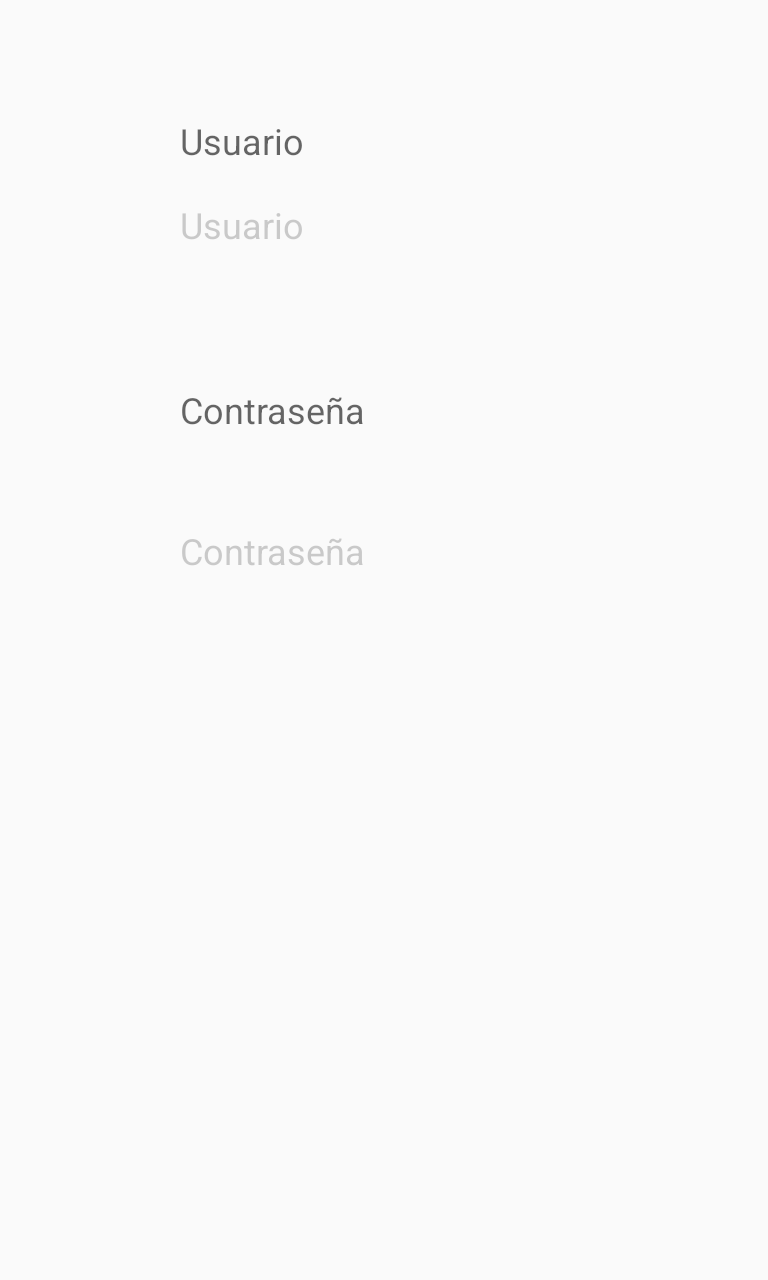
Repository: sempere-dani/pruebaGit
Layout: DobleVentanab/res/layout/activity_segunda.xml
These files come from the project's save history. The layout is drawn as it stood at one moment and after the next save; the edit follows.
It is drawn on a 768 x 1280 px phone screen (xhdpi) without system bars, with theme AppTheme; the app's code is not run.

Above is the layout before, as saved 2014-10-03 13:46:37.

After the next save:
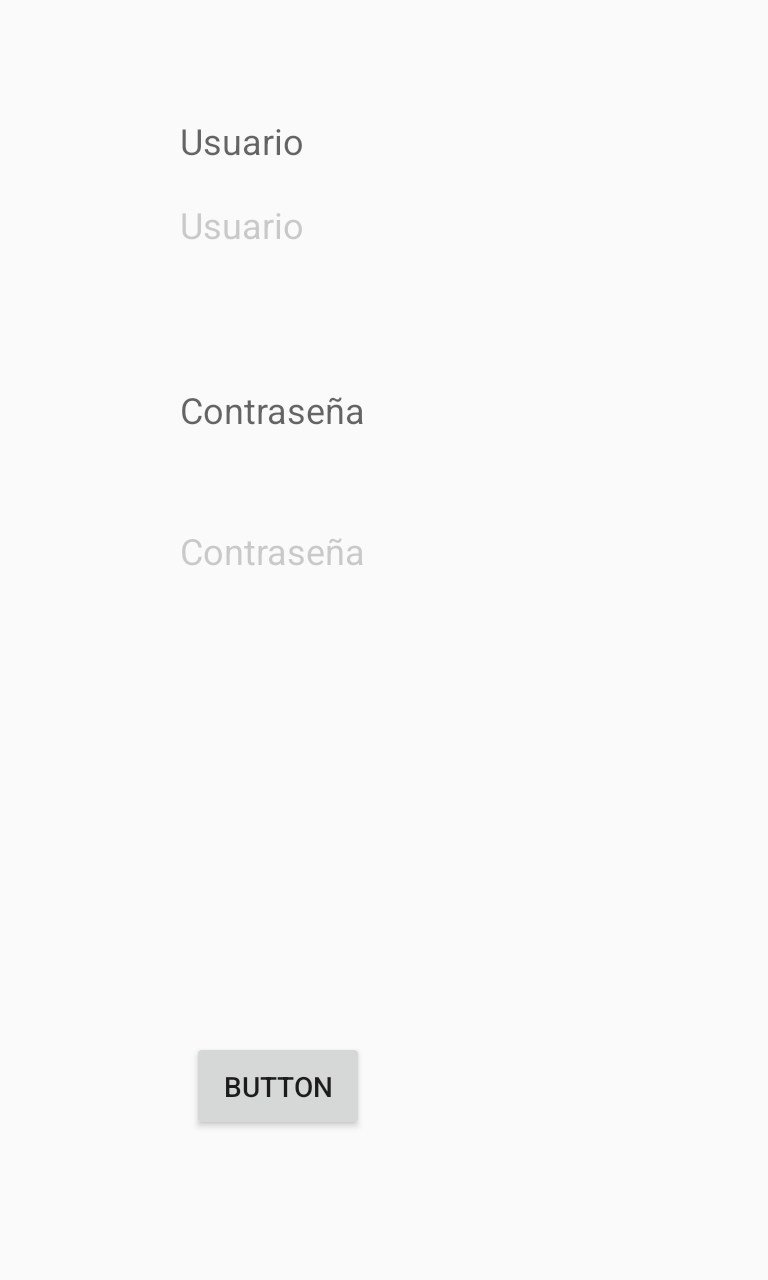
Saved 9 min 42 s later.
--- a/DobleVentanab/res/layout/activity_segunda.xml
+++ b/DobleVentanab/res/layout/activity_segunda.xml
@@ -51,4 +51,13 @@
         android:text="@string/Password"
         android:textAppearance="?android:attr/textAppearanceMedium" />
 
+    <Button
+        android:id="@+id/button1"
+        android:layout_width="wrap_content"
+        android:layout_height="wrap_content"
+        android:layout_alignParentBottom="true"
+        android:layout_alignRight="@+id/textPassword2"
+        android:layout_marginBottom="57dp"
+        android:text="Button" />
+
 </RelativeLayout>
